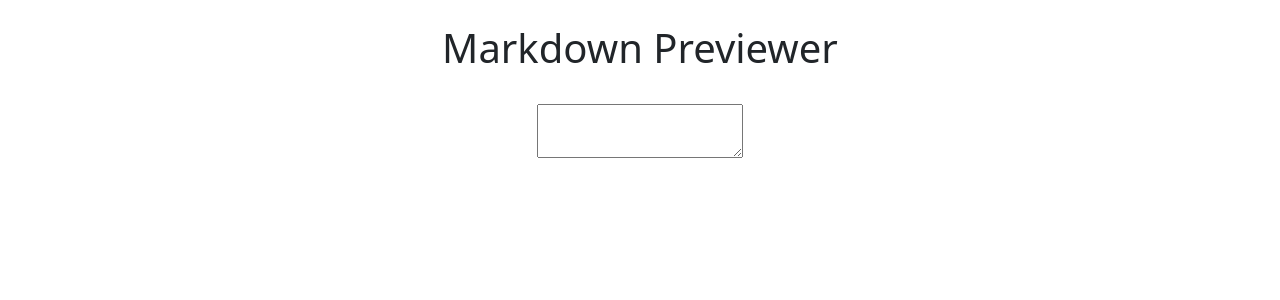
Repository: MikeeBuilds/markdownpreviewer
Page: index.html
An editor plug-in stored every save of this project. The page is shown before and after a run of saves, followed by the edit.
The browser window is 1280 px wide. The pictures show the whole page.

Above is the page before, as saved 2023-04-15 14:18:27.

After the next 4 saves:
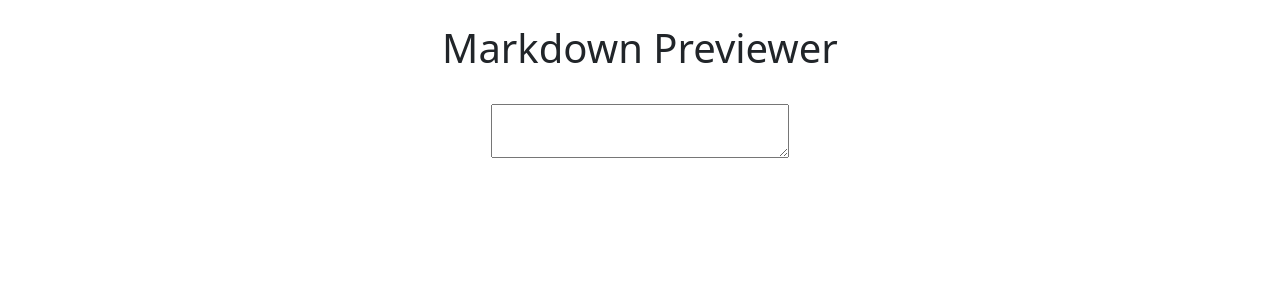
The 4 saves are shown as one change because they came seconds apart.
The last was saved 11 s later.
--- a/index.js
+++ b/index.js
@@ -2,7 +2,7 @@ function App() {
     return (
         <div className="text-center px-4">
             <h1 className="p-4">Markdown Previewer</h1>
-            <textarea name="text" id="" />
+            <textarea name="text" id="text" cols="30" />
         </div>
 
     )
